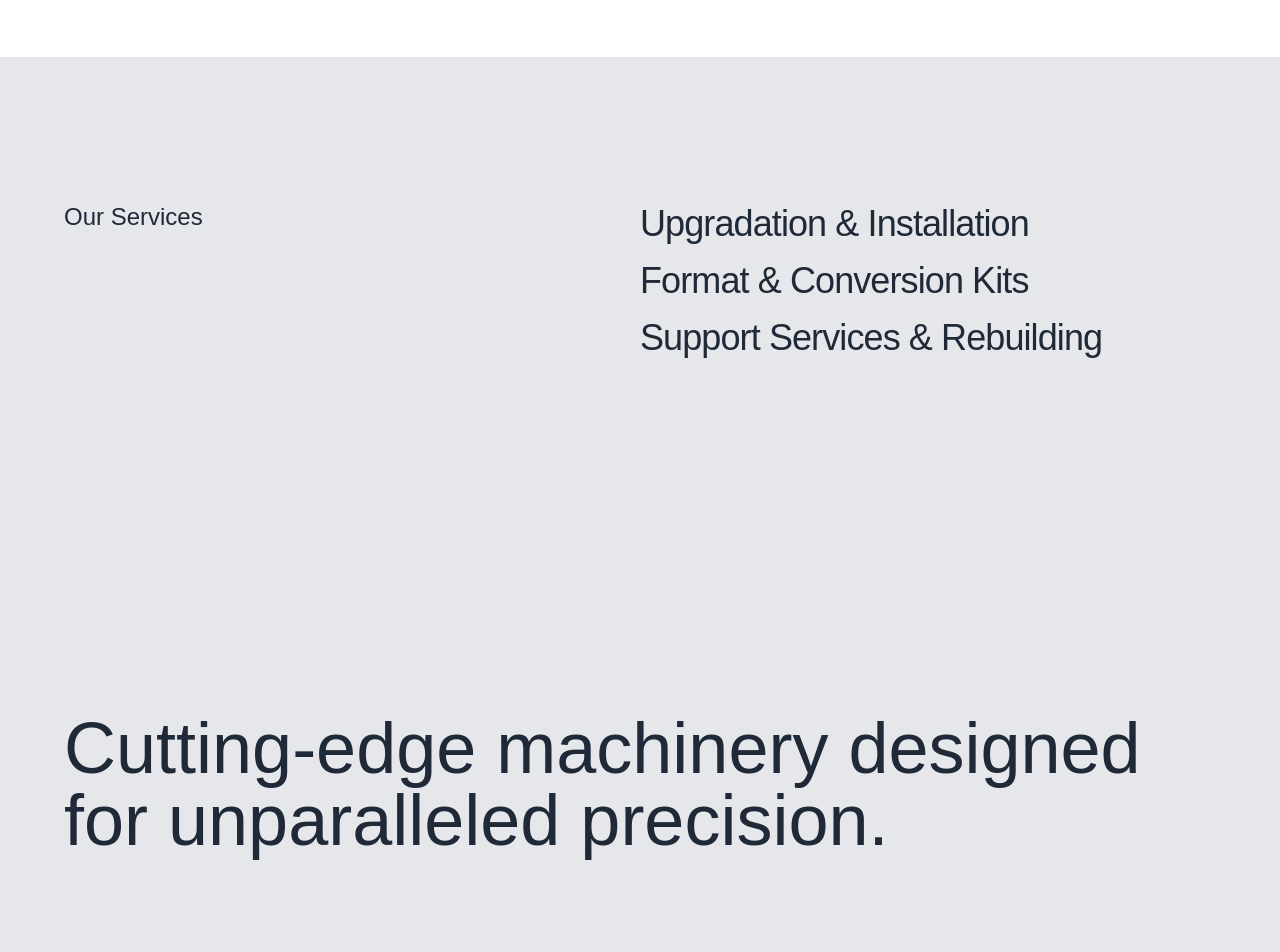
Repository: vespersolutionspk18/microtexwebsite
Page: /
These files come from the project's save history. The page is drawn as it stood at one moment and after the next save; the edit follows.
The browser window is 1280 px wide. The pictures show the part of the page from y = 1459 to 2411 px (the page is 2411 px tall).
Some web fonts or font styles are not loaded; a fallback is used. The project was rebuilt for these pictures with package versions that can differ from the ones it lists, and the page was loaded fresh each time. The framework's server and built-in components were replaced by stand-ins that run in the browser. Also part of the build but not shown: next.config.mjs.

Above is the page before, as saved 2024-11-18 21:22:28.

After the next save:
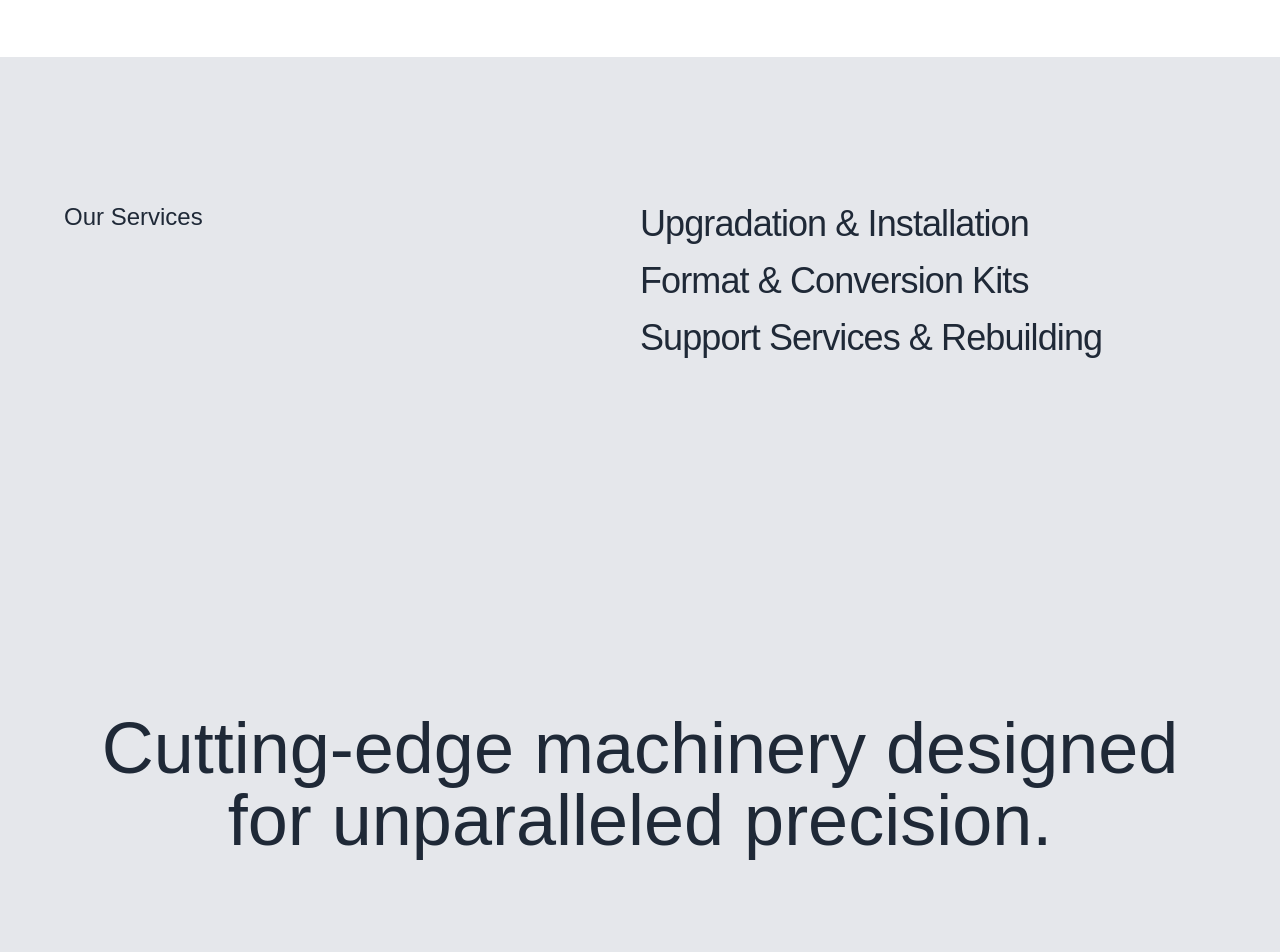
Saved 10 s later.
--- a/app/OurMachines.tsx
+++ b/app/OurMachines.tsx
@@ -3,7 +3,7 @@ import React from 'react'
 const OurMachines = () => {
   return (
     <div className="flex flex-row bg-gray-200 md:pt-64 pr-16 pl-16 pb-24 items-center justify-evenly">
-    <h3 className="font-light text-gray-800 font-sans text-7xl">Cutting-edge machinery designed for unparalleled precision.</h3>
+    <h3 className="font-light text-center text-gray-800 font-sans text-7xl">Cutting-edge machinery designed for unparalleled precision.</h3>
     </div>
   )
 }
